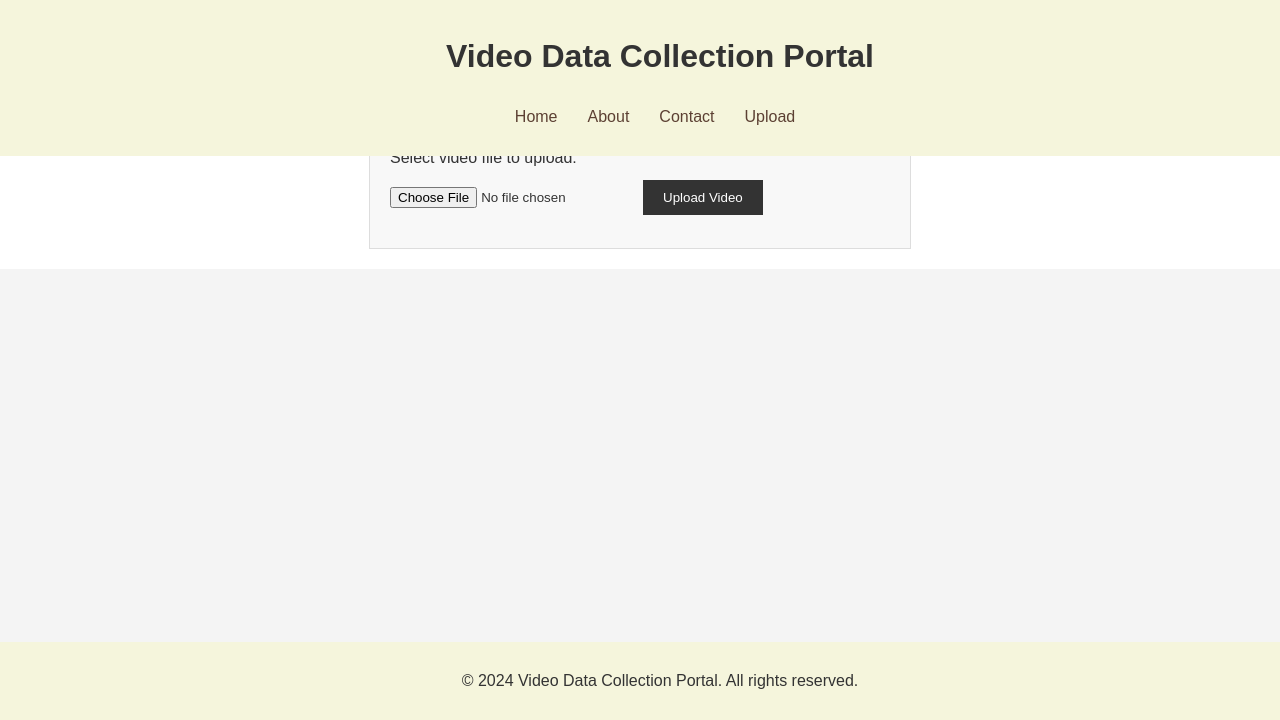
Repository: Oren93/sign_lang_data
Page: /upload (app in frontend/sign-lang-ui/)
The author's editor kept a copy of each file at every save. The page is drawn from the files as they stood at one save, then again after the next save.
The browser window is 1280 px wide. The pictures show the whole page.
The project was rebuilt for these pictures with package versions that can differ from the ones it lists, and the page was loaded fresh each time. Also part of the build but not shown: frontend/sign-lang-ui/vite.config.ts, frontend/sign-lang-ui/src/pages/Home.tsx, frontend/sign-lang-ui/src/pages/About.tsx, frontend/sign-lang-ui/src/pages/Contact.tsx.

Above is the page before, as saved 2024-06-09 23:01:03.

### frontend/sign-lang-ui/src/main.tsx
// src/main.tsx
import React from 'react';
import ReactDOM from 'react-dom/client';
import { BrowserRouter as Router, Routes, Route } from 'react-router-dom';
import App from './App';
import './index.css';

const root = ReactDOM.createRoot(document.getElementById('root') as HTMLElement);
root.render(
  <React.StrictMode>
    <Router>
      <Routes>
        <Route path="/*" element={<App />} />
      </Routes>
    </Router>
  </React.StrictMode>
);

### frontend/sign-lang-ui/src/App.tsx
// src/App.tsx
import React from 'react';
import { Routes, Route } from 'react-router-dom';
import Header from './components/Header';
import Footer from './components/Footer';
import Home from './pages/Home';
import About from './pages/About';
import Contact from './pages/Contact';
import Upload from './pages/Upload.tsx';

const App: React.FC = () => {
  return (
    <div>
      <Header />
      <Routes>
        <Route path="/" element={<Home />} />
        <Route path="/about" element={<About />} />
        <Route path="/contact" element={<Contact />} />
        <Route path="/upload" element={<Upload />} />
      </Routes>
      <Footer />
    </div>
  );
};

export default App;

### frontend/sign-lang-ui/src/index.css
/* src/index.css */

/* General body styles */
html, body {
  font-family: Arial, sans-serif;
  line-height: 1.6;
  margin: 0;
  padding: 0;
  background: #f4f4f4;
  color: #333;
  height: 100vh;
  overflow: auto;
}

/* Header styles */
header {
  position: fixed;
  top: 0;
  left: 0;
  width: 100%;
  background: #f5f5dc;
  color: #333;
  padding: 10px 20px;
  z-index: 1000;
  text-align: center;
}

nav ul {
  list-style: none;
  padding: 0;
}

nav ul li {
  display: inline;
  margin-right: 10px;
}

nav ul li a {
  color: #5C4033;
  text-decoration: none;
  padding: 5px 10px;
}

/* Main section styles */
main {
  position: relative;
  overflow-y: auto;
  padding-left: 20px;
  padding-right: 20px;
  background: #fff;
  transition: padding-top 0.3s ease, padding-bottom 0.3s ease;
}

section {
  margin-bottom: 20px;
}

/* Footer styles */
footer {
  position: fixed;
  bottom: 0;
  left: 0;
  width: 100%;
  background: #f5f5dc;
  color: #333;
  padding: 10px 20px;
  z-index: 1000;
  text-align: center;
}

/* Link hover effect */
nav ul li a:hover {
  color: #8B4513;
  text-decoration: underline;
}

@media (max-width: 768px) {
  nav ul {
      text-align: center;
  }

  nav ul li {
      display: block;
      margin-bottom: 10px;
  }

  main {
      margin: 10px;
  }
}

/* Form styles */
form {
  max-width: 500px;
  margin: 20px auto;
  padding: 20px;
  background: #f8f8f8;
  border: 1px solid #ddd;
}

label {
  display: block;
  margin-bottom: 10px;
}

input[type="file"] {
  margin-bottom: 20px;
}

button {
  background: #333;
  color: #fff;
  border: none;
  padding: 10px 20px;
  cursor: pointer;
}

button:hover {
  background: #555;
}

### frontend/sign-lang-ui/src/components/Header.tsx
// src/components/Header.tsx
import React from 'react';
import { Link } from 'react-router-dom';

const Header: React.FC = () => {
  return (
    <header>
      <h1>Video Data Collection Portal</h1>
      <nav>
        <ul>
          <li><Link to="/">Home</Link></li>
          <li><Link to="/about">About</Link></li>
          <li><Link to="/contact">Contact</Link></li>
          <li><Link to="/upload">Upload</Link></li>
        </ul>
      </nav>
    </header>
  );
};

export default Header;

### frontend/sign-lang-ui/src/components/Footer.tsx
// src/components/Footer.tsx
import React from 'react';

const Footer: React.FC = () => {
  return (
    <footer>
      <p>&copy; 2024 Video Data Collection Portal. All rights reserved.</p>
    </footer>
  );
};

export default Footer;

### frontend/sign-lang-ui/src/pages/Upload.tsx
// src/pages/Upload.tsx
import React from 'react';

const Upload: React.FC = () => {
  return (
    <main>
      <section>
        <h2>Upload Your Video Files</h2>
        <p>Please upload your video files using the form below. Make sure your videos meet our submission guidelines.</p>
        <form action="/submit-video" method="post" encType="multipart/form-data">
          <label htmlFor="videoFile">Select video file to upload:</label>
          <input type="file" id="videoFile" name="videoFile" accept="video/*" />
          <button type="submit">Upload Video</button>
        </form>
      </section>
    </main>
  );
};


export default Upload;

Loaded but not shown: frontend/sign-lang-ui/index.html (common file)

After the next save:
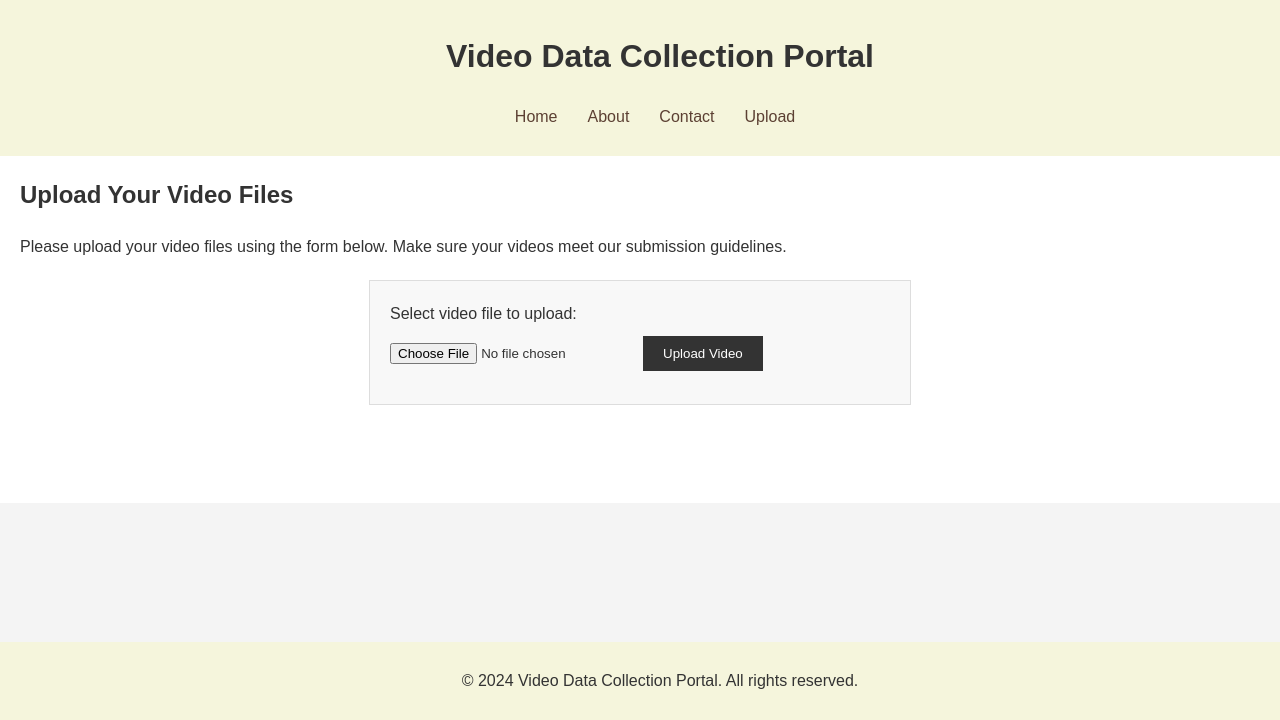
Saved 33 s later.
--- a/frontend/sign-lang-ui/src/App.tsx
+++ b/frontend/sign-lang-ui/src/App.tsx
@@ -1,14 +1,39 @@
 // src/App.tsx
-import React from 'react';
+import React, { useEffect } from 'react';
 import { Routes, Route } from 'react-router-dom';
 import Header from './components/Header';
 import Footer from './components/Footer';
 import Home from './pages/Home';
 import About from './pages/About';
 import Contact from './pages/Contact';
-import Upload from './pages/Upload.tsx';
+import Upload from './pages/Upload';
 
 const App: React.FC = () => {
+  useEffect(() => {
+    const adjustMainPadding = () => {
+      const headerHeight = document.querySelector('header')?.offsetHeight || 0;
+      const footerHeight = document.querySelector('footer')?.offsetHeight || 0;
+      const mainElement = document.querySelector('main');
+
+      if (mainElement) {
+        mainElement.style.paddingTop = `${headerHeight}px`;
+        mainElement.style.paddingBottom = `${footerHeight}px`;
+      }
+    };
+
+    // Adjust padding on load and window resize
+    window.onload = adjustMainPadding;
+    window.onresize = adjustMainPadding;
+
+    // Initial adjustment
+    adjustMainPadding();
+
+    // Cleanup on unmount
+    return () => {
+      window.removeEventListener('resize', adjustMainPadding);
+    };
+  }, []);
+
   return (
     <div>
       <Header />
